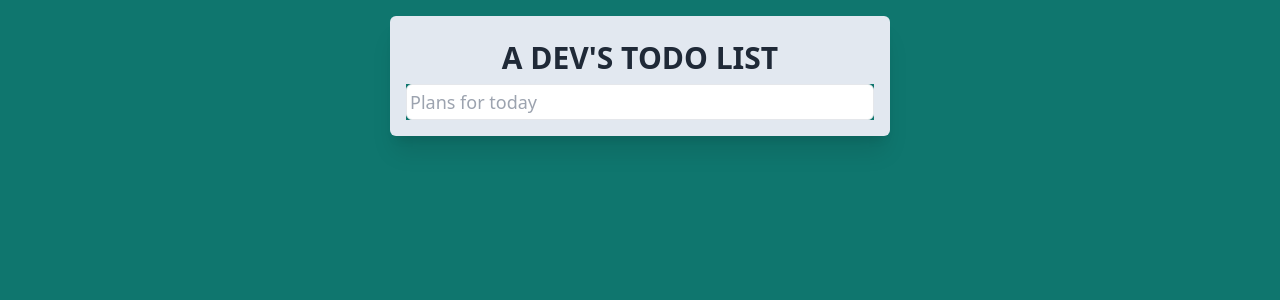
Repository: DevAntonioRogers/React-Todo-CRUD-App
Page: /
An editor plug-in stored every save of this project. The page is shown before and after the next save, followed by the edit.
The browser window is 1280 px wide. The pictures show the whole page.
The project was rebuilt for these pictures with package versions that can differ from the ones it lists, and the page was loaded fresh each time. Also part of the build but not shown: vite.config.ts.

Above is the page before, as saved 2023-05-14 01:25:25.

After the next save:
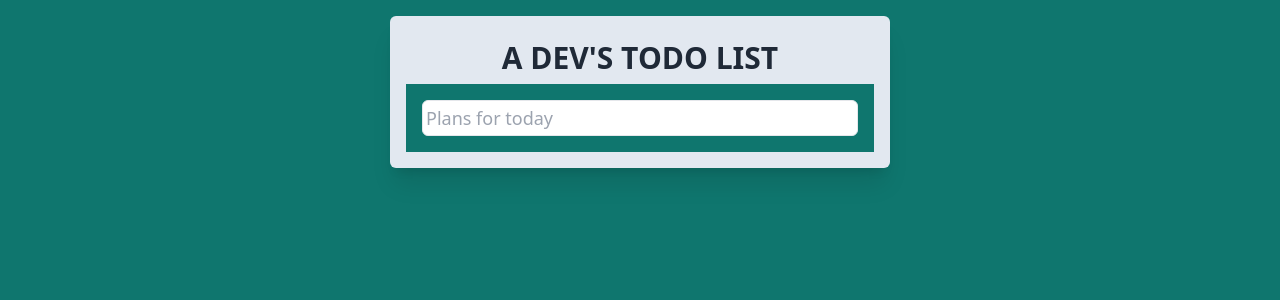
Saved 16 s later.
--- a/src/components/Form.tsx
+++ b/src/components/Form.tsx
@@ -1,6 +1,6 @@
 const Form = () => {
   return (
-    <form className="flex justify-between bg-teal-700">
+    <form className="flex justify-between bg-teal-700 p-4">
       <input className="border w-full text-lg rounded-md p-[3px]" type="text" placeholder="Plans for today" />
     </form>
   );
